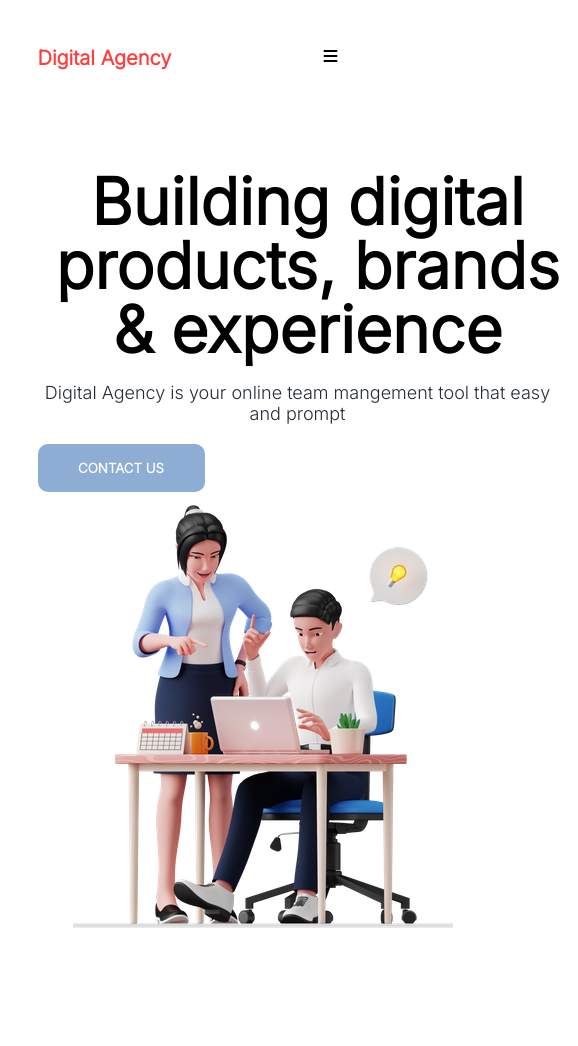
Repository: ThuatDev/fullstack_devc
Page: index.html
An editor plug-in stored every save of this project. The page is shown before and after the next save, followed by the edit.
The browser window is 375 px wide. The page is 578 px wide, so the pictures cover 578 px, including what lies to the right of the window. The pictures show the whole page.

Above is the page before, as saved 2022-11-09 17:41:34.

After the next save:
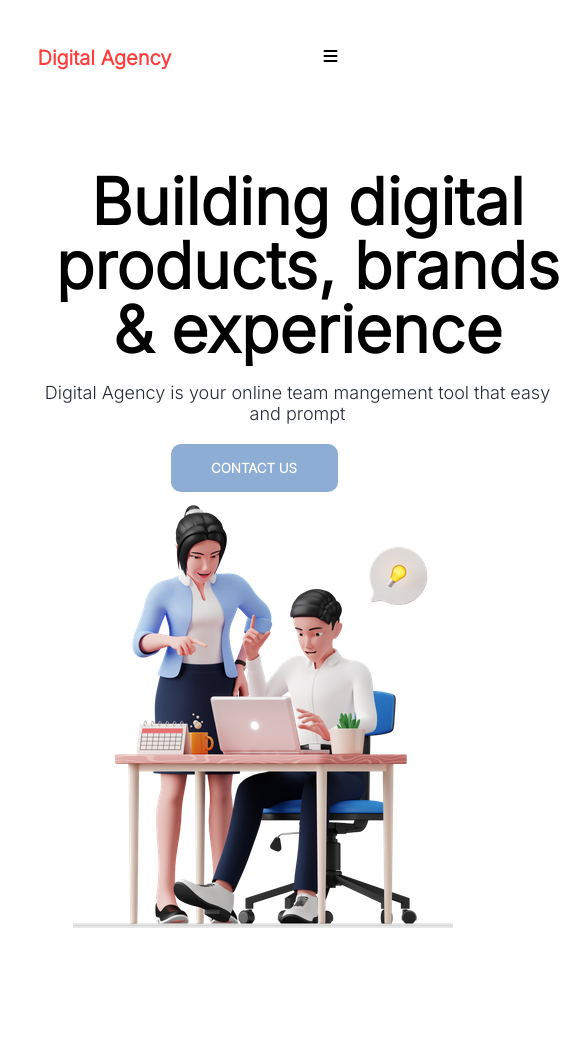
Saved 48 s later.
--- a/reposive.css
+++ b/reposive.css
@@ -37,6 +37,7 @@
   }
   .h-section .h-section__left button {
     margin-top: 20px;
-    align-items: center;
+    display: block;
+    margin-left: auto;
   }
 }
